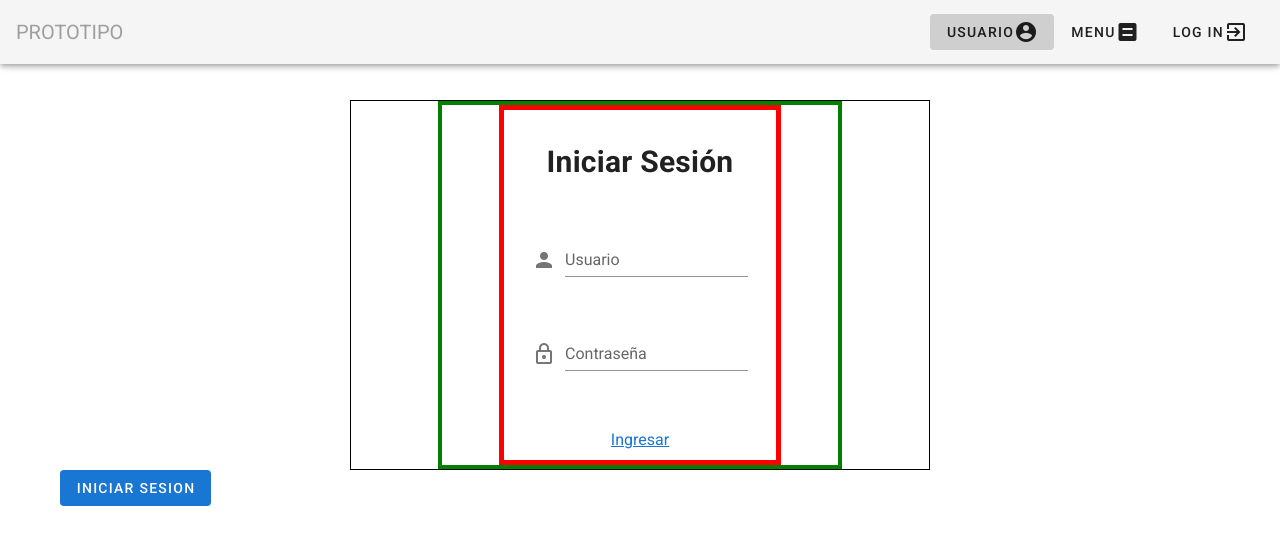
Repository: YojayDeHorta/Administrador-con-filtros
Page: /
These files come from the project's save history. The page is drawn as it stood at one moment and after the next save; the edit follows.
The browser window is 1280 px wide. The pictures show the whole page.
The project was rebuilt for these pictures with package versions that can differ from the ones it lists, and the page was loaded fresh each time. Also part of the build but not shown: vue.config.js, src/components/Login.vue, src/views/Options.vue, src/components/Filtro.vue, src/components/CrudClientes.vue, src/views/Filter.vue.

Above is the page before, as saved 2021-09-25 16:58:56.

After the next save:
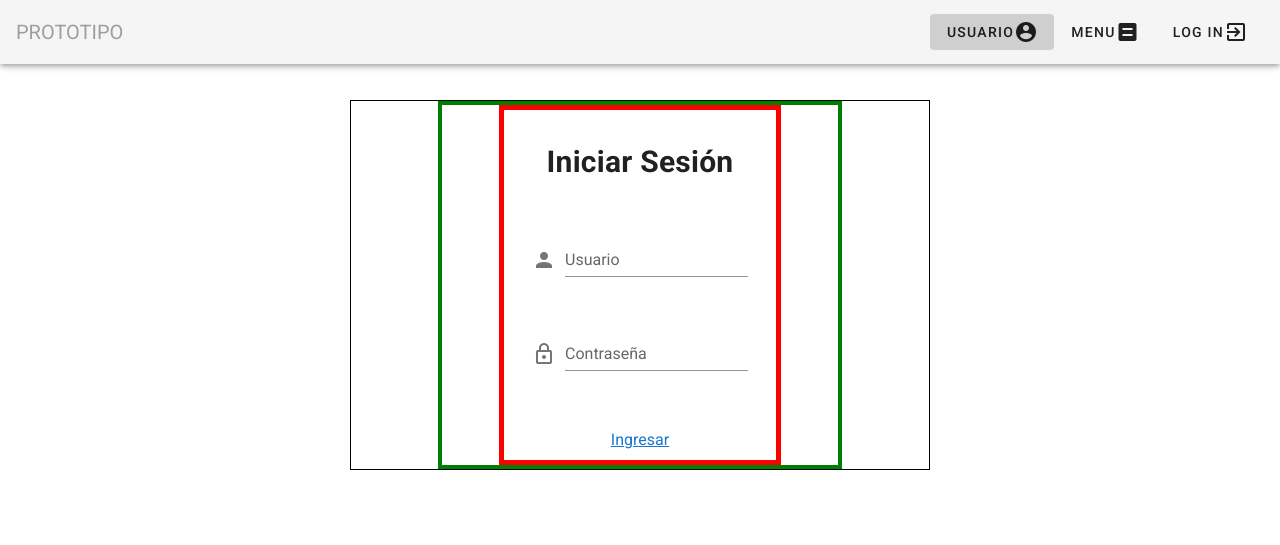
Saved 47 s later.
--- a/src/views/Login.vue
+++ b/src/views/Login.vue
@@ -1,7 +1,7 @@
 <template>
     <v-container>
         <Tabs></Tabs>
-        <v-btn :to="{name: 'Options'}" exact text class="primary"><span>Iniciar sesion</span></v-btn>
+
     </v-container>
 </template>
 <script>
